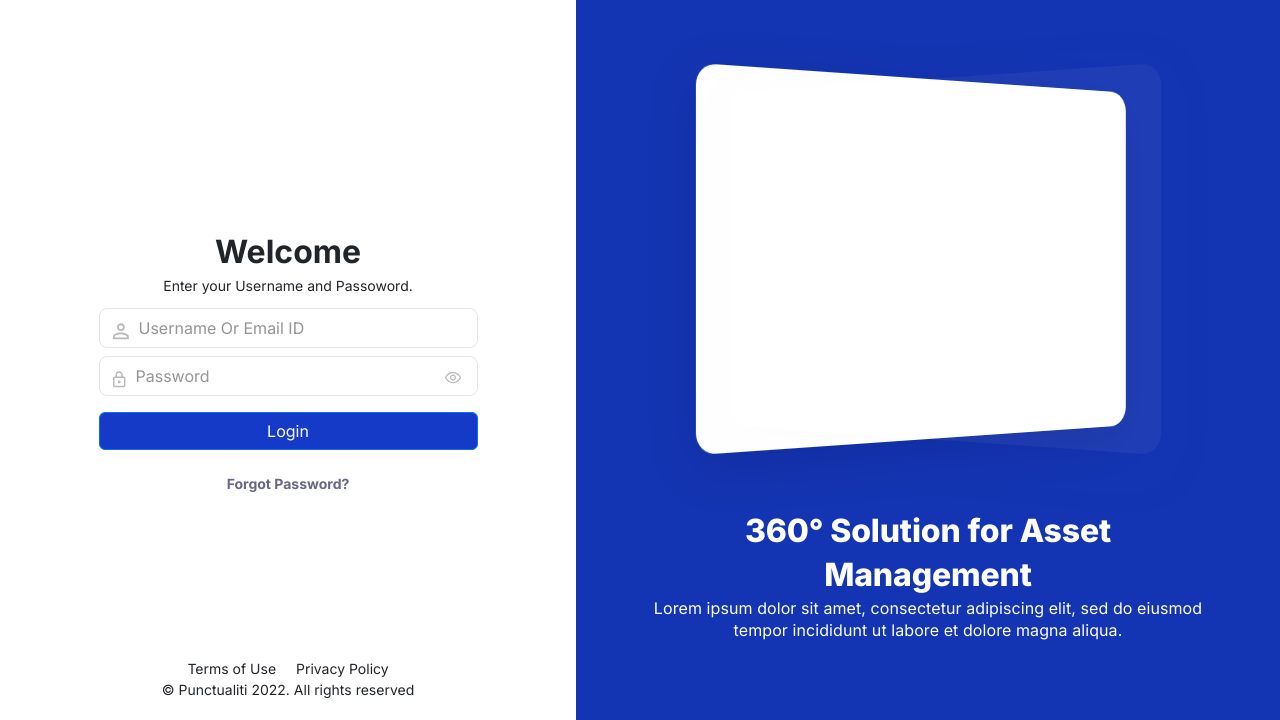
Repository: TauqeerHusain/Vouch-digital
Page: /
An editor plug-in stored every save of this project. The page is shown before and after the next save, followed by the edit.
The browser window is 1280 px wide. The pictures show the whole page.
The project was rebuilt for these pictures with package versions that can differ from the ones it lists, and the page was loaded fresh each time. Also part of the build but not shown: src/styles/Dashboard.css, src/Components/Dashboard/Aside.js, src/Components/Dashboard/Board.js, src/Components/Dashboard/index.js, src/styles/AddClintNav.css, src/Components/AddClint/AddClintNav.js, src/Components/CreateProfile/CrContent.js, src/Components/CreateProfile/index.js and 14 more.

Above is the page before, as saved 2023-03-15 15:22:36.

### public/index.html
<!DOCTYPE html>
<html lang="en">
  <head>
    <meta charset="utf-8" />
    <link rel="icon" href="%PUBLIC_URL%/favicon.ico" />
    <meta name="viewport" content="width=device-width, initial-scale=1" />
    <meta name="theme-color" content="#000000" />
    <meta
      name="description"
      content="Web site created using create-react-app"
    />
    <link rel="apple-touch-icon" href="%PUBLIC_URL%/logo192.png" />
    <!--
      manifest.json provides metadata used when your web app is installed on a
      user's mobile device or desktop. See https://developers.google.com/web/fundamentals/web-app-manifest/
    -->
    <link rel="manifest" href="%PUBLIC_URL%/manifest.json" />
    <link rel="preconnect" href="https://fonts.googleapis.com" />
    <link rel="preconnect" href="https://fonts.gstatic.com" crossorigin />
    <link
      href="https://fonts.googleapis.com/css2?family=Inter:wght@100;200;300;400;500;600;700;800;900&display=swap"
      rel="stylesheet"
    />
    <!--
      Notice the use of %PUBLIC_URL% in the tags above.
      It will be replaced with the URL of the `public` folder during the build.
      Only files inside the `public` folder can be referenced from the HTML.

      Unlike "/favicon.ico" or "favicon.ico", "%PUBLIC_URL%/favicon.ico" will
      work correctly both with client-side routing and a non-root public URL.
      Learn how to configure a non-root public URL by running `npm run build`.
    -->
    <title>React App</title>
  </head>
  <body>
    <noscript>You need to enable JavaScript to run this app.</noscript>
    <div id="root"></div>
    <!--
      This HTML file is a template.
      If you open it directly in the browser, you will see an empty page.

      You can add webfonts, meta tags, or analytics to this file.
      The build step will place the bundled scripts into the <body> tag.

      To begin the development, run `npm start` or `yarn start`.
      To create a production bundle, use `npm run build` or `yarn build`.
    -->
  </body>
</html>

### src/styles/LoginAct.css
.LoginAct {
    min-width: 100%;
    min-height: 100vh;
    display: flex;
    background: #fff;
    flex-wrap: wrap;
}

.LoginAct-form {
    width: 45%;
    background: #fff;
    display: grid;
    place-items: center;
    position: relative;
}

.condi {
    position: absolute;
    bottom: 0px;
    margin-bottom: 20px;
}

.term {
    display: flex;
    justify-content: center;
}

.span {
    font-size: 14px;
    cursor: pointer;
}

.span:nth-child(2) {
    margin-left: 20px;
}

.copy {
    font-size: 14px;
    cursor: pointer;
}

.form-act {
    text-align: center;
}

.form-top {
    width: 100%;
}

.form-head {
    font-weight: bold;
    font-size: 32px;
    font-family: 'Inter';
}

.form-cap {
    font-weight: 400;
    font-size: 14px;
    line-height: 20px;
    margin-bottom: 12px;
}

.input-fild {
    width: 100%;
    height: 40px;
    margin-top: 8px;
    background: #FFFFFF;
    border: 1px solid #E6E6E6;
    border-radius: 8px;
    display: flex;
    align-items: center;
    padding: 0px 13px;
}

.input-icon {
    padding-top: 5px;
}

.input-control {
    width: 335px;
    position: relative;
}

.show-pwd {
    position: absolute;
    right: 0px;
    top: 0px;
    background: #fff;
    cursor: pointer;
}

.data-input {
    width: 100%;
    height: 100%;
    padding-left: 10px;
    border: none;
    outline: none;
    font-size: 16px;
    color: #848687;
}

.data-input::placeholder {
    color: #939596;
}

.loginBtn {
    width: 100%;
    height: 100%;
    color: #fff;
    background: #1334B3;
    font-size: 16px;
    height: 40px;
    margin-top: 14px;
    line-height: 22px;
    border-radius: 8px;
    cursor: pointer;
}

.forget-pwd-link {
    text-align: center;
    margin-top: 24px;
    font-family: 'Nunito Sans';
    font-style: normal;
    font-weight: 700;
    font-size: 14px;
    line-height: 19px;
    cursor: pointer;
    color: #686687;
}


/* slider  */
.from_info {
    width: 55%;
    background: #1334B3;
    display: flex;
    align-items: center;
    justify-content: center;
    flex-direction: column;
}

.slid-show {
    width: 100%;
    position: relative;
    height: 50%;
    width: 70%;
}

.slid-show-one,
.slid-show-two {
    width: 100%;
    height: 100%;
    position: absolute;
    box-shadow: 0px 12px 48px rgba(3, 0, 55, 0.15);
    border-radius: 20px;
    background: #fff;
}

.slid-show-one {
    transform: perspective(1500px) rotateY(30deg);
}

.slid-show-two {
    transform: perspective(1500px) rotateY(-30deg);
    /* background: red; */
    opacity: 0.05;
}

.slid-text {
    width: 80%;
    padding-top: 70px;
}

.from-slide-header {
    font-weight: 800;
    font-size: 32px;
    line-height: 44px;
    letter-spacing: -0.005em;
    color: #fff;
    text-align: center;
}

.from-slide-about {
    font-weight: 400;
    font-size: 16px;
    line-height: 22px;
    text-align: center;
    letter-spacing: 0.005em;
    color: #fff;
    text-align: center;
}

/* Modal */
.Modal {
    width: 100%;
    height: 100vh;
    background: rgba(3, 0, 55, 0.15);
    position: fixed;
    top: 0px;
    left: 0px;
    display: flex;
    justify-content: center;
    align-items: flex-start;
}

.massege-box {
    width: 450px;
    /* height: 200px; */
    border-radius: 10px;
    background: #f6f3f3;
    box-shadow: 0px 12px 48px rgba(3, 0, 55, 0.15);
    transition: all 0.3s linear;
    margin-top: 30px;
    position: relative;
    z-index: 2;
}

.success-mgs {
    height: 40px;
    text-align: center;
    margin-top: 20px;
    color: #1334B3;
    font-size: 20px;
}

.token-mgs {
    height: 40px;
    text-align: center;
    color: #686687;
}

.token-mgs span {
    color: #1334B3;
}

.token-btn {
    padding: 8px 30px;
    background: #0d6efd;
    color: #fff;
    display: block;
    margin: 10px auto;
    border-radius: 5px;
    cursor: pointer;
}

.token-btn:active {
    outline: #9ac2fe 4px solid;
}

.ok-btn {
    color: #fff;
    text-decoration: none;
    display: inline-block;
    margin: 10px auto;
}

.log_button {
    display: flex;
    justify-content: center;
}

.ok-btn button {
    padding: 8px 40px;
}

@media (max-width:1024px) {
    .slid-show {
        width: 80%;
        height: 40%;
    }

    .from-slide-header {
        font-size: 30px;
        line-height: 1;
        margin-bottom: 10px;
    }

    .from-slide-about {
        font-size: 15px;
    }
}

@media (max-width:926px) {

    .from_info {
        display: none;
    }

    .LoginAct-form {
        width: 100%;
        height: 100vh;
    }
}

@media (max-width:425px) {

    .from_info {
        display: none;
    }

    .LoginAct-form {
        width: 100%;
        height: 100vh;
    }

    .input-control {
        width: 300px;
    }
}

### src/styles/ViewClient.css
.contect-view {
    width: 100%;
    padding: 0px 24px;
    padding-bottom: 60px;
}

.login_btn {
    background: #153AC7 !important;
    width: 100%;
    margin-top: 16px;
}

.veiw-container {
    width: 100%;
    box-shadow: 0px 1px 5px rgba(3, 0, 55, 0.08);
    border-radius: 8px;
    background: #fff;
    overflow: hidden;
}

.Ds_container {
    width: 100%;
}

.view-header-flex {
    display: flex;
    align-items: center;
    justify-content: space-between;
}

.view-header {
    padding: 16px 24px;
    height: 72px;
    width: 100%;
    position: relative;
}

.view-header-search {
    height: 40px;
    width: 300px;
}

.mobile_search {
    width: 100%;
    height: 100%;
    background: #fff;
    position: absolute;
    left: 0px;
    top: 0px;
    display: flex;
    align-items: center;
    padding: 0px 20px;
}

.mobile_search_btn {
    width: 35px;
    height: 35px;
    display: flex;
    align-items: center;
    justify-content: center;
    border-radius: 50%;
    overflow: hidden;
    position: relative;
    display: none;
}

.btn_layer {
    position: absolute;
    width: 100%;
    height: 100%;
    /* background: red; */
    top: 0px;
    left: 0px;
}

.search_close {
    width: 35px;
    height: 35px;
    background: none;
    border-radius: 50%;
    margin-left: 10px;
    padding: 2px;
}

.mobile_search_btn button {
    width: 100%;
    height: 100%;
    background: none;
}

.search-feild {
    position: relative;
}

.view-btn {
    padding: 10px 16px;
    background: none;
    border-radius: 8px;
    font-size: 14px;
    line-height: 20px;
    border: 1px solid #E6E6E6;
}

.colBtn {
    color: #939596;
    background: #FFFFFF;
    font-weight: 400;
    letter-spacing: 0.0025em;
    margin-right: 12px;
}

.EpBtn {
    color: #153AC7;
    background: #E8EBF9;
    font-weight: 700;
    letter-spacing: 0.01em;
}

.colBtn .icon {
    margin-left: 16px;
}

.EpBtn .icon {
    padding-right: 12.5px;
}

/* table  */
.table-box {
    width: 100%;
}

.table_view {
    min-width: 100%;
    border-collapse: none;
    border-spacing: 0px;
}

.table_view thead {
    height: 32px;
    border: 1px solid #E8EBF9;
    background: #F8F9FD;
}

.table_view thead tr td {
    border-top: 1px solid #E8EBF9;
    border-bottom: 1px solid #E8EBF9;
    font-weight: 400;
    font-size: 12px;
    line-height: 16px;
    letter-spacing: 0.01em;
    color: #030037;
    padding: 0px 24px;
    word-wrap: normal
}

.table_view thead tr td:last-child {
    text-align: center;
}

.table_view tbody {
    border-top: 1px solid #E8EBF9;
}

.table_view tbody tr {
    width: 100%;
    height: 56px;
    padding: 12px 0px;
}

.table_view tbody tr td {
    font-weight: 400;
    font-size: 14px;
    line-height: 20px;
    letter-spacing: 0.0025em;
    padding: 18px 24px;
    color: #030037;
}

.table_view tbody tr td:last-child {
    text-align: center;
}

.user-td {
    display: flex;
    align-items: center;
}

.user-td-img {
    margin-right: 10px;
}

.oparetion {
    position: relative;
}

.op-btn {
    width: 20px;
    background: none;
    height: 100%;
}

.btn-layer {
    position: absolute;
    top: 0px;
    left: 50%;
    transform: translateX(-50%);
    content: "";
    width: 20px;
    height: 100%;
    cursor: pointer;
    border-radius: 8px;
}

.op-modal {
    position: absolute;
    /* display: none; */
    right: 14px;
    top: 0px;
    width: 184px;
    background: #FFFFFF;
    box-shadow: 0px 4px 16px rgba(3, 0, 55, 0.08);
    border-radius: 8px;
    z-index: 1;
    padding: 8px;
    padding-bottom: 0px;
}

.op-btn:active .op-modal {
    display: block;
}

.op-modal.active {
    display: block;
}

/* tr modal  */
.tr-row {
    width: 100%;
    display: flex;
    height: 36px;
    align-items: center;
    cursor: pointer;
    margin-bottom: 8px;
}

.tr-row .icon {
    margin-left: 16px;
}

.tr-row .text {
    margin-left: 12px;
    font-weight: 400;
    font-size: 14px;
    line-height: 20px;
    display: flex;
    align-items: center;
    letter-spacing: 0.0025em;
    color: #030037;
}

/* table bottom butttom */
.tbl_bottom_btn {
    width: 100%;
    padding: 24px;
}

.tbl_btn_cont {
    height: 40px;
}

.table-box::-webkit-scrollbar {
    height: 18px;
}

::-webkit-scrollbar-thumb {
    border: 8px solid #fff;
    background: rgba(104, 95, 95, 0.841);
    border-radius: 18px;
}

@media (max-width:1920px) {
    .table_view {
        min-width: 1310px;
    }

    .table-box {
        overflow: auto;
    }
}

@media (max-width:768px) {
    .view-header-search {
        display: none;
    }

    .mobile_search_btn {
        display: flex;
    }
}

Loaded but not shown: src/index.js (common file); src/reportWebVitals.js (common file); src/Components/LoginAct/index.js (224 lines, source omitted); src/App.js (42 lines, source omitted); src/index.css (1165 lines, source omitted)

After the next save:
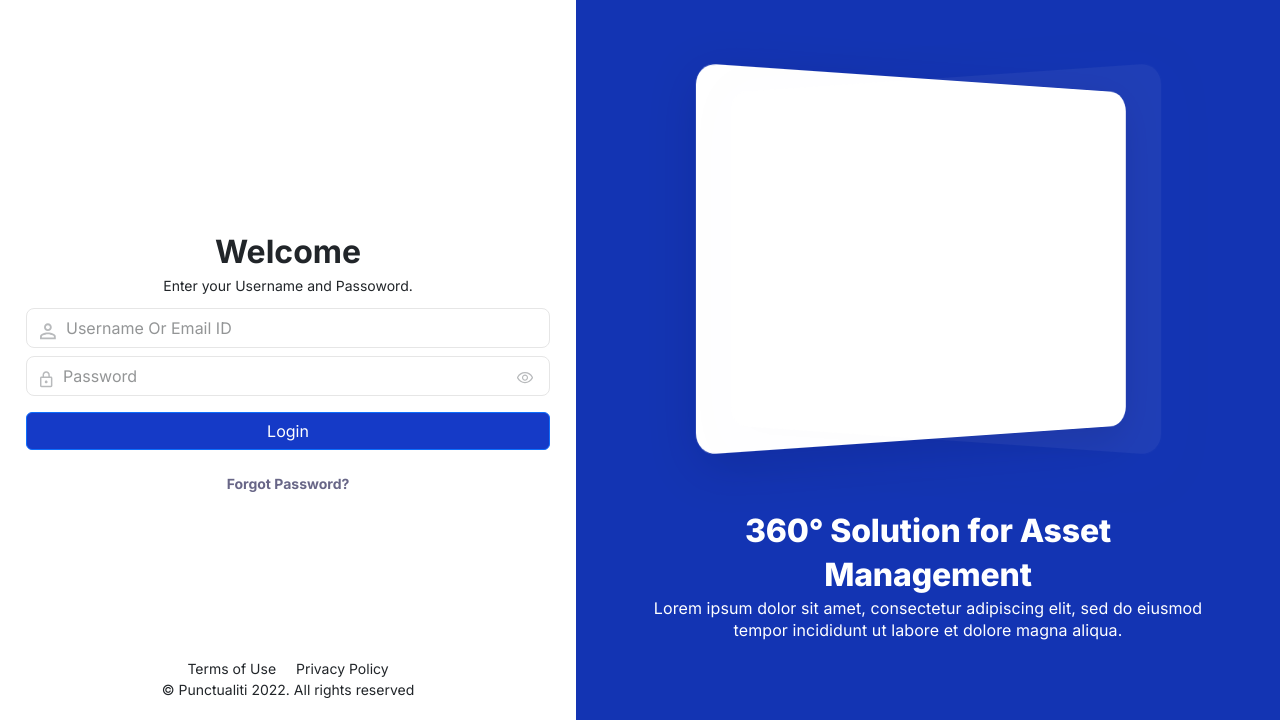
Saved 38 s later.
--- a/src/styles/LoginAct.css
+++ b/src/styles/LoginAct.css
@@ -77,7 +77,7 @@
 }
 
 .input-control {
-    width: 335px;
+    width: 480px;
     position: relative;
 }
 
